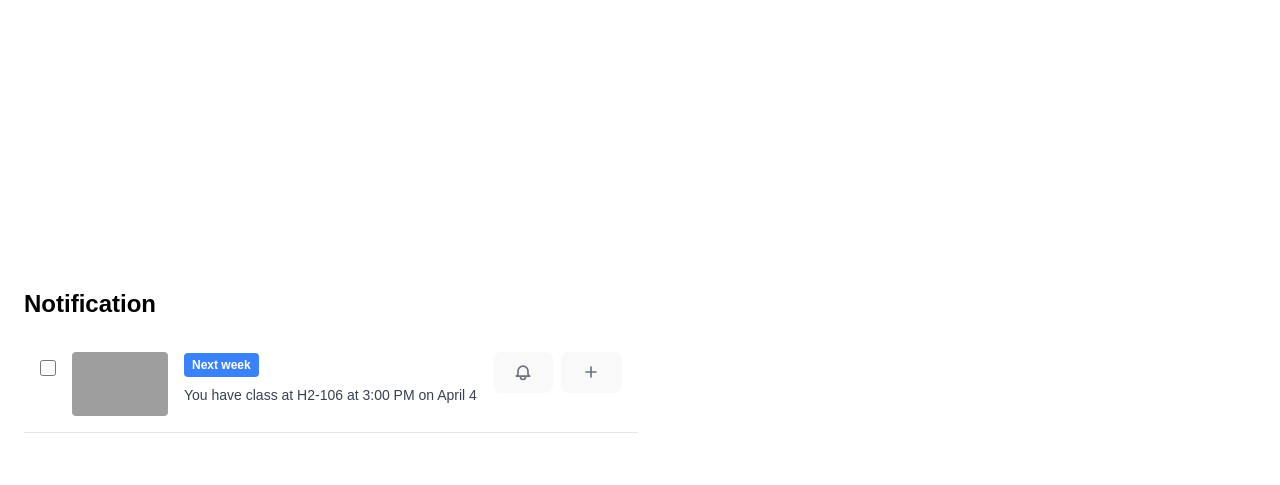
Repository: CNPM-S3MRS/frontend-web
Page: /notification
The author's editor kept a copy of each file at every save. The page is drawn from the files as they stood at one save, then again after the next save.
The browser window is 1280 px wide. The pictures show the whole page.
Pictures or frames that could not be fetched are drawn as grey boxes. The project was rebuilt for these pictures with package versions that can differ from the ones it lists, and the page was loaded fresh each time. Also part of the build but not shown: vite.config.js, src/pages/auth/Login.jsx.

Above is the page before, as saved 2025-04-08 23:12:14.

### src/App.jsx
import { BrowserRouter as Router, Routes, Route } from 'react-router-dom';
import Login from '@/pages/auth/Login';
import Notification from './pages/notification/notification';

function App() {
  return (
    <Router>
      <Routes>
        <Route path="/login" element={<Login />} />
        <Route path="/notification" element={<Notification />} /> {/* Add this route */}
        <Route path="/" element={<div>Trang chủ</div>} />
      </Routes>
    </Router>
  );
}

export default App;

### src/index.css
@tailwind base;
@tailwind components;
@tailwind utilities;


:root {
  font-family: system-ui, Avenir, Helvetica, Arial, sans-serif;
  line-height: 1.5;
  font-weight: 400;

  color-scheme: light dark;
  color: rgba(255, 255, 255, 0.87);
  background-color: #242424;

  font-synthesis: none;
  text-rendering: optimizeLegibility;
  -webkit-font-smoothing: antialiased;
  -moz-osx-font-smoothing: grayscale;
}

a {
  font-weight: 500;
  color: #646cff;
  text-decoration: inherit;
}
a:hover {
  color: #535bf2;
}

body {
  margin: 0;
  display: flex;
  place-items: center;
  min-width: 320px;
  min-height: 100vh;
}

h1 {
  font-size: 3.2em;
  line-height: 1.1;
}

button {
  border-radius: 8px;
  border: 1px solid transparent;
  padding: 0.6em 1.2em;
  font-size: 1em;
  font-weight: 500;
  font-family: inherit;
  background-color: #1a1a1a;
  cursor: pointer;
  transition: border-color 0.25s;
}
button:hover {
  border-color: #646cff;
}
button:focus,
button:focus-visible {
  outline: 4px auto -webkit-focus-ring-color;
}
h1 {
  font-size: 1.5rem;
  font-weight: bold;
  margin-bottom: 1rem;
}
body {
  font-family: Arial, sans-serif;
  background-color: #ffffff;
  color: #000000;
}

input[type="checkbox"] {
  width: 1rem;
  height: 1rem;
}

@media (prefers-color-scheme: light) {
  :root {
    color: #213547;
    background-color: #ffffff;
  }
  a:hover {
    color: #747bff;
  }
  button {
    background-color: #f9f9f9;
  }
}

### src/pages/notification/notification.jsx
import React, { useEffect, useState } from "react";
import NotificationCard from "../../components/card/NotificationCard";

const Notification = () => {
  const [notifications, setNotifications] = useState([]);

  useEffect(() => {
    const mockData = [
      {
        id: 1,
        image: "/vite.svg", // Replace with your image URL
        status: "Next week",
        statusColor: "blue",
        message: "You have class at H2-106 at 3:00 PM on April 4",
      },
    ];
    setNotifications(mockData);
  }, []);

  return (
    <div className="p-6">
      <h1 className="text-2xl font-bold mb-4">Notification</h1>
      <div>
        {notifications.map((notification) => (
          <NotificationCard
            key={notification.id}
            image={notification.image}
            status={notification.status}
            statusColor={notification.statusColor}
            message={notification.message}
          />
        ))}
      </div>
    </div>
  );
};

export default Notification;

### src/components/card/NotificationCard.jsx
import React from "react";

const NotificationCard = ({ image, status, statusColor, message }) => {
  return (
    <div className="flex items-start space-x-4 p-4 border-b">
      {/* Checkbox */}
      <input type="checkbox" className="mt-2 w-4 h-4" />

      {/* Image */}
      <img
        src={image}
        alt="Notification"
        className="w-24 h-16 object-cover rounded"
      />

      {/* Content */}
      <div className="flex-1">
        {/* Status Badge */}
        <span
          className={`inline-block px-2 py-1 text-xs font-semibold text-white bg-${statusColor}-500 rounded`}
        >
          {status}
        </span>
        {/* Message */}
        <p className="text-sm text-gray-700 mt-2">{message}</p>
      </div>

      {/* Icons */}
      <div className="flex items-center space-x-2">
        <button>
          <svg
            xmlns="http://www.w3.org/2000/svg"
            className="h-5 w-5 text-gray-500"
            fill="none"
            viewBox="0 0 24 24"
            stroke="currentColor"
          >
            <path
              strokeLinecap="round"
              strokeLinejoin="round"
              strokeWidth={2}
              d="M15 17h5l-1.405-1.405A2.032 2.032 0 0118 14.158V11a6 6 0 10-12 0v3.159c0 .538-.214 1.055-.595 1.436L4 17h5m6 0v1a3 3 0 11-6 0v-1m6 0H9"
            />
          </svg>
        </button>
        <button>
          <svg
            xmlns="http://www.w3.org/2000/svg"
            className="h-5 w-5 text-gray-500"
            fill="none"
            viewBox="0 0 24 24"
            stroke="currentColor"
          >
            <path
              strokeLinecap="round"
              strokeLinejoin="round"
              strokeWidth={2}
              d="M12 6v6m0 0v6m0-6h6m-6 0H6"
            />
          </svg>
        </button>
      </div>
    </div>
  );
};

export default NotificationCard;

### tailwind.config.js
/** @type {import('tailwindcss').Config} */
module.exports = {
  content: ["./src/**/*.{js,jsx,ts,tsx}"], // Include all source files
  theme: {
    extend: {},
  },
  plugins: [],
};

Loaded but not shown: index.html (common file); src/main.jsx (common file)

After the next save:
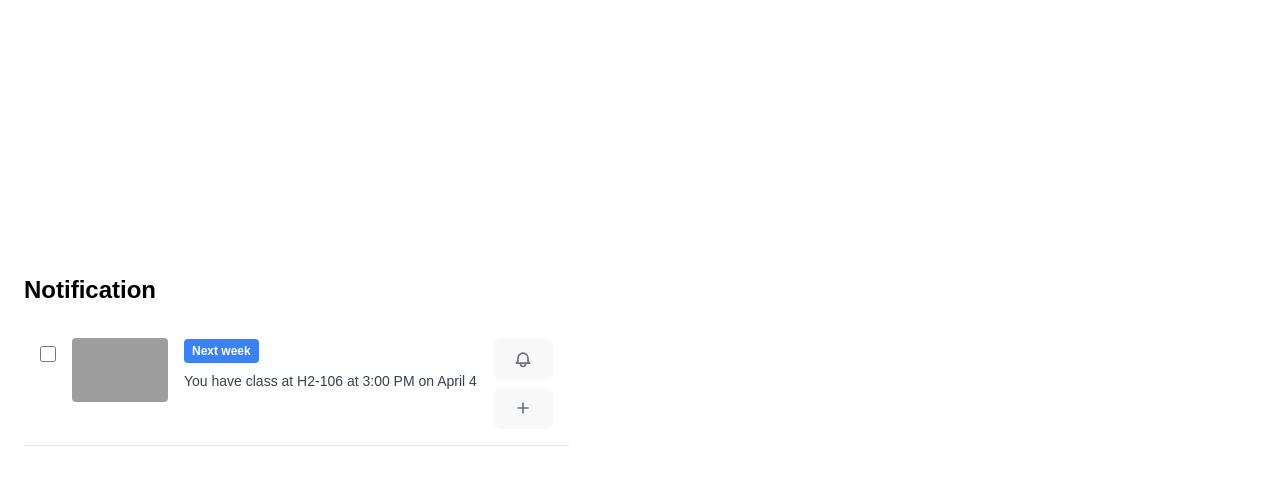
Saved 109 s later.
--- a/src/components/card/NotificationCard.jsx
+++ b/src/components/card/NotificationCard.jsx
@@ -26,40 +26,40 @@
       </div>
 
       {/* Icons */}
-      <div className="flex items-center space-x-2">
-        <button>
-          <svg
-            xmlns="http://www.w3.org/2000/svg"
-            className="h-5 w-5 text-gray-500"
-            fill="none"
-            viewBox="0 0 24 24"
-            stroke="currentColor"
-          >
-            <path
-              strokeLinecap="round"
-              strokeLinejoin="round"
-              strokeWidth={2}
-              d="M15 17h5l-1.405-1.405A2.032 2.032 0 0118 14.158V11a6 6 0 10-12 0v3.159c0 .538-.214 1.055-.595 1.436L4 17h5m6 0v1a3 3 0 11-6 0v-1m6 0H9"
-            />
-          </svg>
-        </button>
-        <button>
-          <svg
-            xmlns="http://www.w3.org/2000/svg"
-            className="h-5 w-5 text-gray-500"
-            fill="none"
-            viewBox="0 0 24 24"
-            stroke="currentColor"
-          >
-            <path
-              strokeLinecap="round"
-              strokeLinejoin="round"
-              strokeWidth={2}
-              d="M12 6v6m0 0v6m0-6h6m-6 0H6"
-            />
-          </svg>
-        </button>
-      </div>
+      <div className="flex flex-col items-center space-y-2">
+  <button>
+    <svg
+      xmlns="http://www.w3.org/2000/svg"
+      className="h-5 w-5 text-gray-500"
+      fill="none"
+      viewBox="0 0 24 24"
+      stroke="currentColor"
+    >
+      <path
+        strokeLinecap="round"
+        strokeLinejoin="round"
+        strokeWidth={2}
+        d="M15 17h5l-1.405-1.405A2.032 2.032 0 0118 14.158V11a6 6 0 10-12 0v3.159c0 .538-.214 1.055-.595 1.436L4 17h5m6 0v1a3 3 0 11-6 0v-1m6 0H9"
+      />
+    </svg>
+  </button>
+  <button>
+    <svg
+      xmlns="http://www.w3.org/2000/svg"
+      className="h-5 w-5 text-gray-500"
+      fill="none"
+      viewBox="0 0 24 24"
+      stroke="currentColor"
+    >
+      <path
+        strokeLinecap="round"
+        strokeLinejoin="round"
+        strokeWidth={2}
+        d="M12 6v6m0 0v6m0-6h6m-6 0H6"
+      />
+    </svg>
+  </button>
+</div>
     </div>
   );
 };
